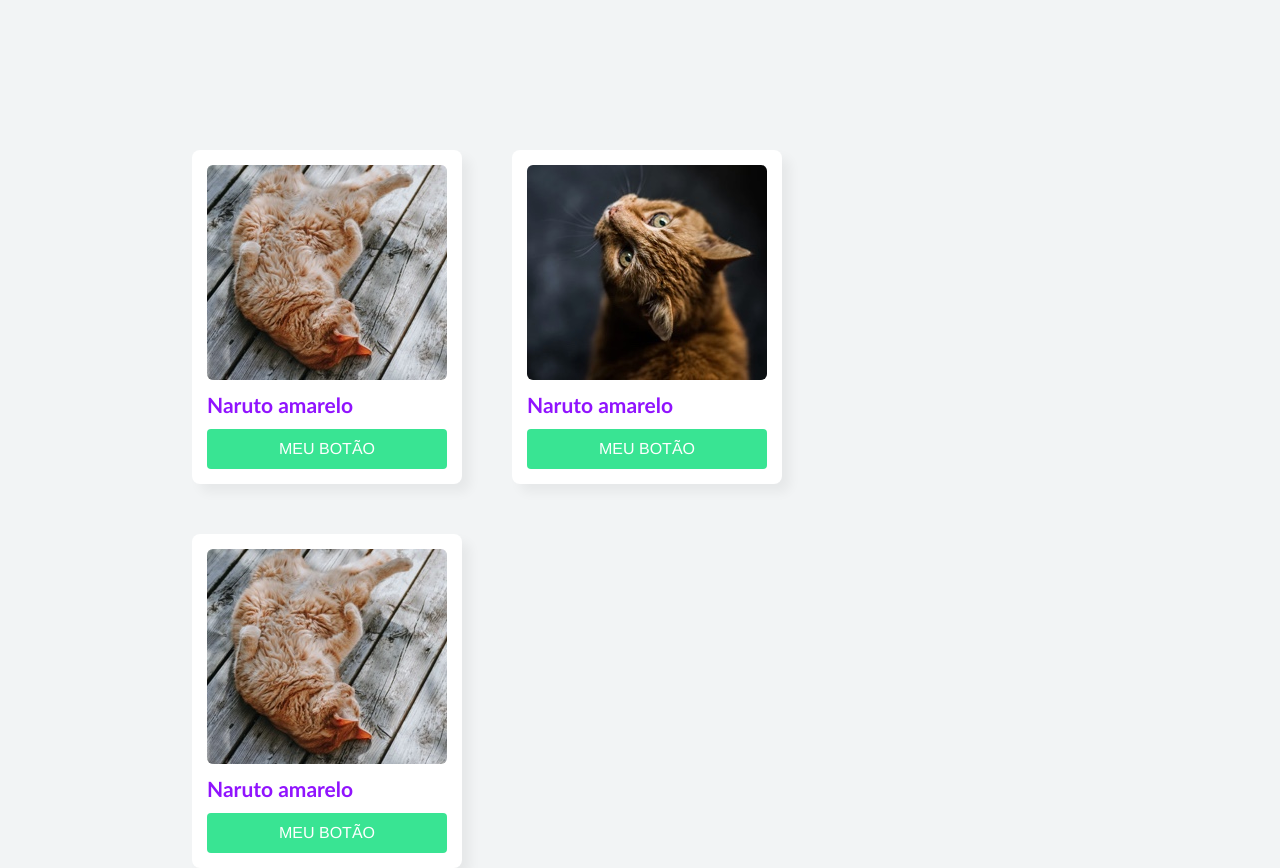
Repository: alessandradiamantino/Curso-Front-End-Design
Page: 1 - Introdução ao HTML e CSS/2 - Exercício CSS/01/codesignerspro-arquivos-exercicio-css-02/codesignerspro-arquivos-exercicio-css-02/index.html
These files come from the project's save history. The page is drawn as it stood at one moment and after the next save; the edit follows.
The browser window is 1280 px wide. The pictures show the whole page.

Above is the page before, as saved 2023-04-22 09:51:27.

After the next save:
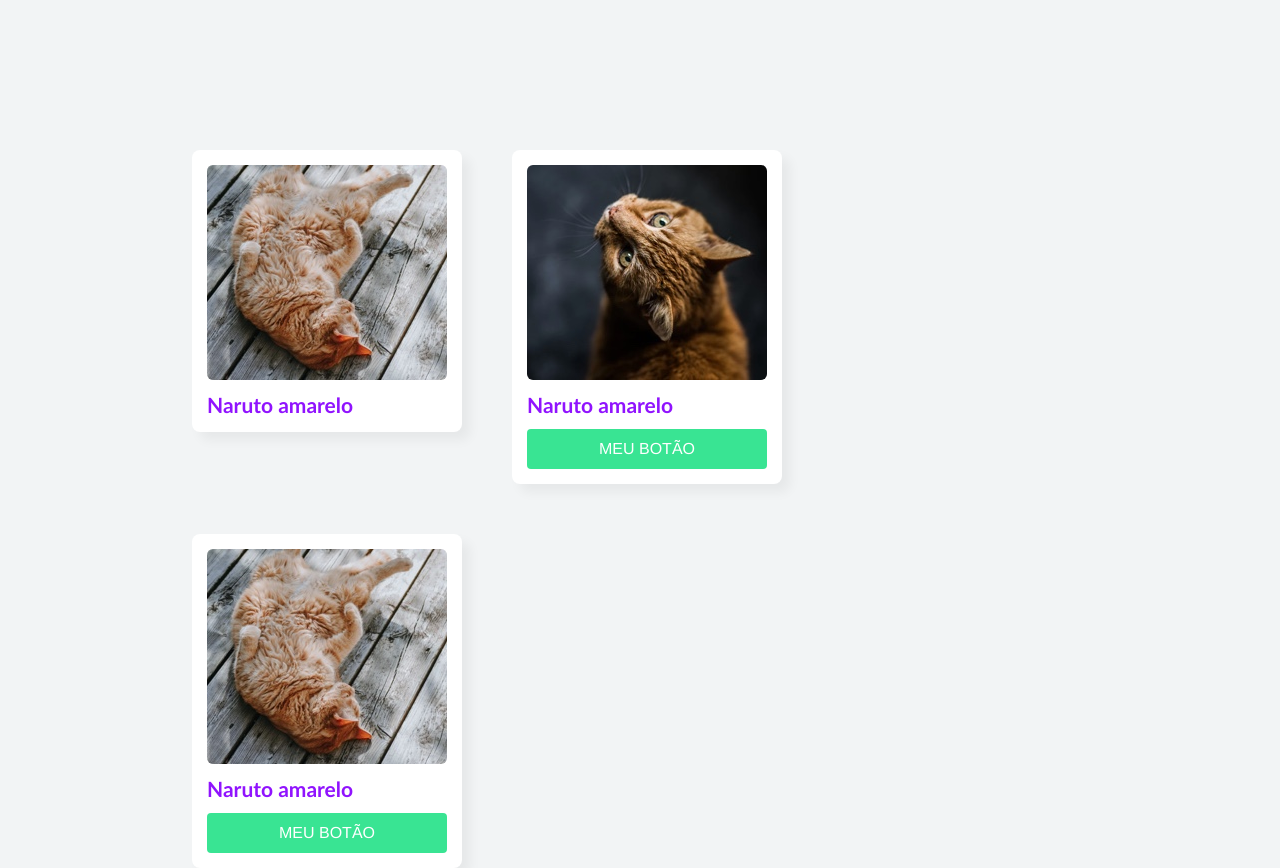
Saved 14 s later.
--- a/1 - Introdução ao HTML e CSS/2 - Exercício CSS/01/codesignerspro-arquivos-exercicio-css-02/codesignerspro-arquivos-exercicio-css-02/index.html
+++ b/1 - Introdução ao HTML e CSS/2 - Exercício CSS/01/codesignerspro-arquivos-exercicio-css-02/codesignerspro-arquivos-exercicio-css-02/index.html
@@ -20,9 +20,6 @@
       />
       <div class="card-body">
         <h1>Naruto amarelo</h1>
-    </div>
-    <div class="card-footer">
-     <a href="https://web.whatsapp.com/" class="btn">Meu Botão</a>
     </div>
   </div>
 </div>
